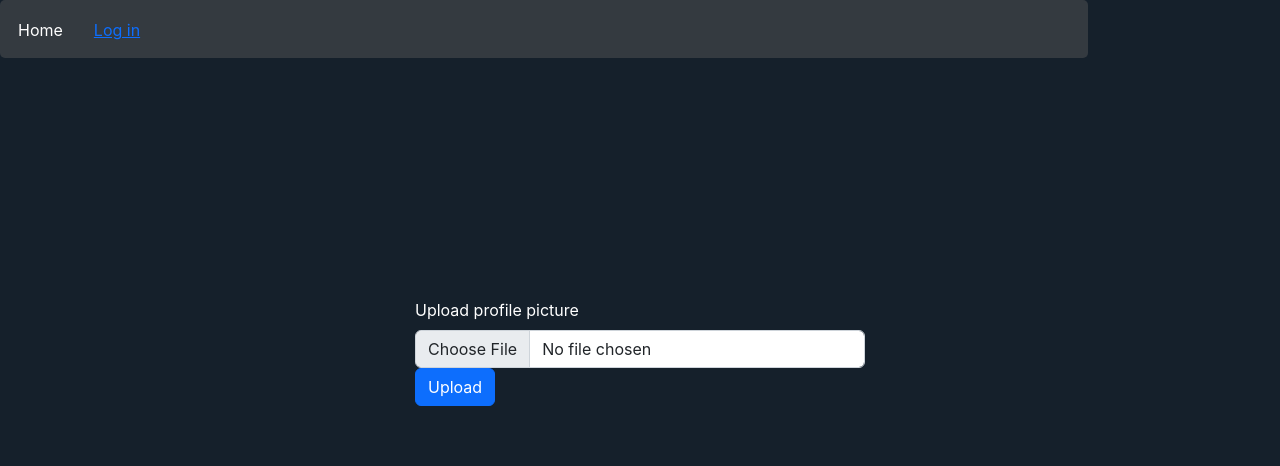
Repository: mark-itc/microblogging-roistyx
Page: /profile
These files come from the project's save history. The page is drawn as it stood at one moment and after the next save; the edit follows.
The browser window is 1280 px wide. The pictures show the whole page.
The project was rebuilt for these pictures with package versions that can differ from the ones it lists, and the page was loaded fresh each time. Also part of the build but not shown: src/views/Profile.css, src/components/TweetsRenderContext.js, src/components/TweetPosterContext.js, src/components/Post.css, src/components/Post.js, src/views/TweetBox.js, src/views/Feed.css, src/views/Feed.js and 4 more.

Above is the page before, as saved 2022-12-14 12:01:59.

After the next save:
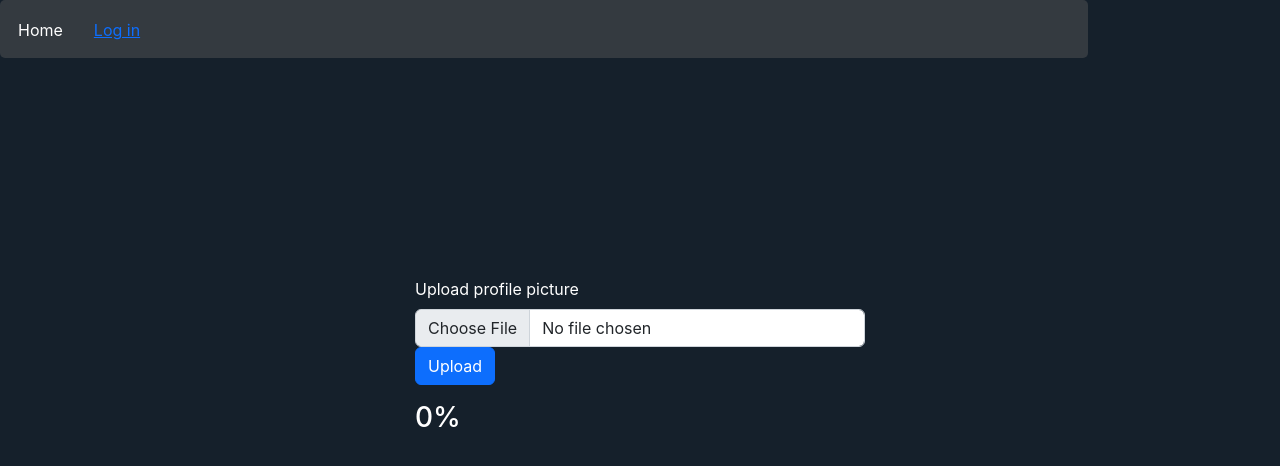
Saved 11 min 19 s later.
--- a/src/views/Profile.js
+++ b/src/views/Profile.js
@@ -4,7 +4,7 @@ import { useAuth } from '../contexts/AuthContext'
 import './Profile.css'
 import {useTweetContext } from '../contexts/TweetContext'
 import { Form, Button, Card, Alert } from 'react-bootstrap'
-import { getStorage, ref } from "firebase/storage";
+import { getStorage, ref, uploadBytesResumable } from "firebase/storage";
 import app from '../firebase';
 
 const storage = getStorage(app);
@@ -36,7 +36,8 @@ function reducer(state, action) {
 
 
 export function Profile() {
-  const [show, setShow] = useState(false);
+  const [show, setShow] = useState(false)
+  const [progress, setProgress] = useState(0)
   const [state, dispatch] = useReducer(reducer, initialProfileState)
   const { currentUser } = useAuth()
   // console.log(currentUser.uid)
@@ -48,7 +49,12 @@ export function Profile() {
           alert("Please choose a file first!")
         }
       const storageRef = ref(storage, `/files/${state.profilePic}`)
-    console.log(storageRef)
+    const uploadTask = uploadBytesResumable(storageRef, state.profilePic)
+    uploadTask.on("state_change", (snapshot) => {
+      const progressCounter = Math.round(
+        (snapshot.bytesTransferred / snapshot.totalBytes) * 100)
+        setProgress(progressCounter)
+    })
     // console.log({profilePic: state.profilePic, userId: currentUser.uid})
   }
 
@@ -66,6 +72,7 @@ export function Profile() {
         />
         <Button onClick={(handleSubmit)}>Upload</Button>
       </Form.Group>
+      <h3>{progress}%</h3>
     </>
   );
 }
